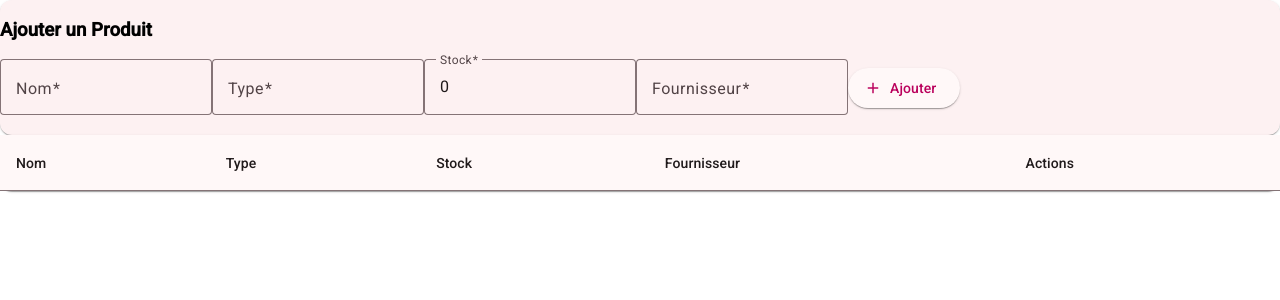
Repository: hadilXattia/Gestion_Production
Page: /produits (app in frontend-production/)
The author's editor kept a copy of each file at every save. The page is drawn from the files as they stood at one save, then again after the next save.
The browser window is 1280 px wide. The pictures show the whole page.
The page's requests for data from a server got no answer. The project was rebuilt for these pictures with package versions that can differ from the ones it lists, and the page was loaded fresh each time. No one was signed in, and anything a server would have sent is missing. Also part of the build but not shown: frontend-production/angular.json, frontend-production/src/app/components/produit/ajouter-produit-dialog.component.ts, frontend-production/src/app/components/machine/machine.component.ts, frontend-production/src/app/services/machine.service.ts, frontend-production/src/app/components/technicien/technicien.component.ts, frontend-production/src/app/services/technicien.service.ts, frontend-production/src/app/components/ordre-fabrication/ordre-fabrication.component.ts, frontend-production/src/app/services/ordre-fabrication.service.ts and 2 more.

Above is the page before, as saved 2025-05-09 17:41:54.

After the next save:
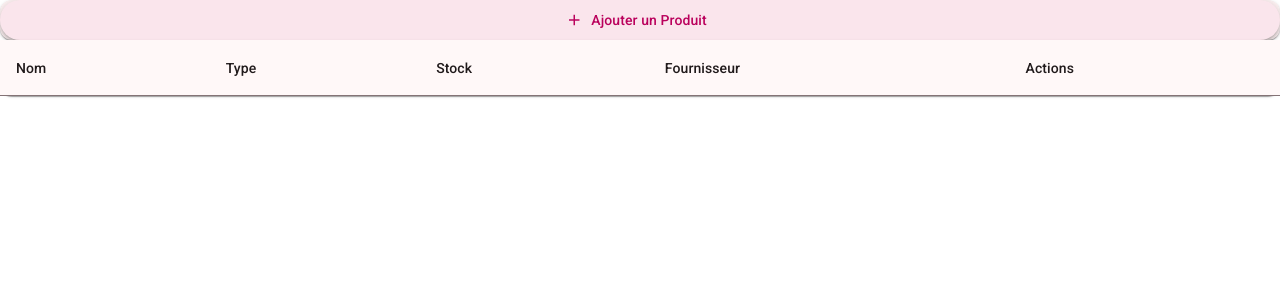
Saved 18 h 35 min later.
--- a/frontend-production/src/app/components/produit/produit.component.html
+++ b/frontend-production/src/app/components/produit/produit.component.html
@@ -1,34 +1,12 @@
+<!-- Button to open the add product dialog -->
+<mat-card class="mt-4">
+  <button mat-raised-button color="primary" (click)="openAjouterDialog()">
+    <mat-icon>add</mat-icon> Ajouter un Produit
+  </button>
+</mat-card>
 
-
- <mat-card class="mt-4">
-  <h3>Ajouter un Produit</h3>
-  <form (ngSubmit)="addProduit()" class="add-form">
-    <mat-form-field appearance="outline" class="form-field">
-      <mat-label>Nom</mat-label>
-      <input matInput [(ngModel)]="newProduit.nom" name="nom" required>
-    </mat-form-field>
-
-    <mat-form-field appearance="outline" class="form-field">
-      <mat-label>Type</mat-label>
-      <input matInput [(ngModel)]="newProduit.type" name="type" required>
-    </mat-form-field>
-
-    <mat-form-field appearance="outline" class="form-field">
-      <mat-label>Stock</mat-label>
-      <input matInput type="number" [(ngModel)]="newProduit.stock" name="stock" required>
-    </mat-form-field>
-
-    <mat-form-field appearance="outline" class="form-field">
-      <mat-label>Fournisseur</mat-label>
-      <input matInput [(ngModel)]="newProduit.fournisseur" name="fournisseur" required>
-    </mat-form-field>
-
-    <button mat-raised-button color="primary" type="submit">
-      <mat-icon>add</mat-icon> Ajouter
-    </button>
-  </form>
-</mat-card>
-<mat-card>
+<!-- Product list table -->
+<mat-card class="mt-4">
   <table mat-table [dataSource]="produits" class="mat-elevation-z8" style="width: 100%;">
     <!-- Nom Column -->
     <ng-container matColumnDef="nom">
@@ -68,32 +46,3 @@
     <tr mat-row *matRowDef="let row; columns: ['nom', 'type', 'stock', 'fournisseur', 'actions'];"></tr>
   </table>
 </mat-card>
-
-<!-- <mat-card class="mt-4">
-  <h3>Ajouter un Produit</h3>
-  <form (ngSubmit)="addProduit()" class="add-form">
-    <mat-form-field appearance="outline" class="form-field">
-      <mat-label>Nom</mat-label>
-      <input matInput [(ngModel)]="newProduit.nom" name="nom" required>
-    </mat-form-field>
-
-    <mat-form-field appearance="outline" class="form-field">
-      <mat-label>Type</mat-label>
-      <input matInput [(ngModel)]="newProduit.type" name="type" required>
-    </mat-form-field>
-
-    <mat-form-field appearance="outline" class="form-field">
-      <mat-label>Stock</mat-label>
-      <input matInput type="number" [(ngModel)]="newProduit.stock" name="stock" required>
-    </mat-form-field>
-
-    <mat-form-field appearance="outline" class="form-field">
-      <mat-label>Fournisseur</mat-label>
-      <input matInput [(ngModel)]="newProduit.fournisseur" name="fournisseur" required>
-    </mat-form-field>
-
-    <button mat-raised-button color="primary" type="submit">
-      <mat-icon>add</mat-icon> Ajouter
-    </button>
-  </form>
-</mat-card> -->
